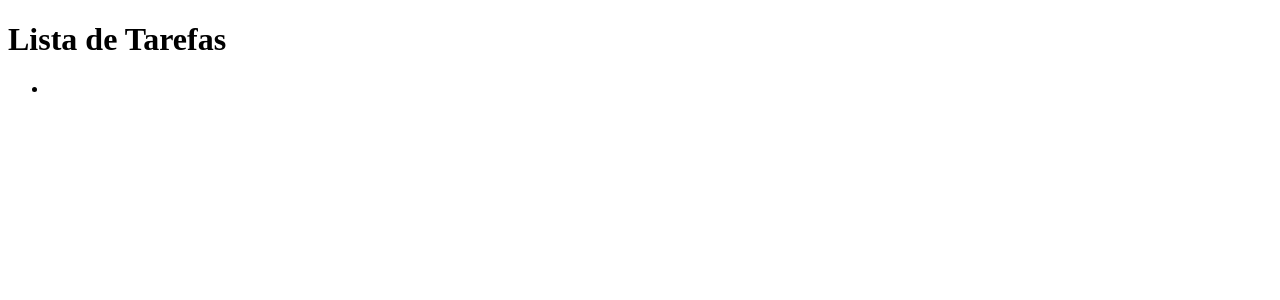
Repository: mateus-henrique-silva/Angular-lista-de-tarefas
Page: / (app in angiularTarefas/)
The author's editor kept a copy of each file at every save. The page is drawn from the files as they stood at one save, then again after the next save.
The browser window is 1280 px wide. The pictures show the whole page.
The project was rebuilt for these pictures with package versions that can differ from the ones it lists, and the page was loaded fresh each time. Also part of the build but not shown: angiularTarefas/angular.json.

Above is the page before, as saved 2022-07-12 09:26:18.

After the next save:
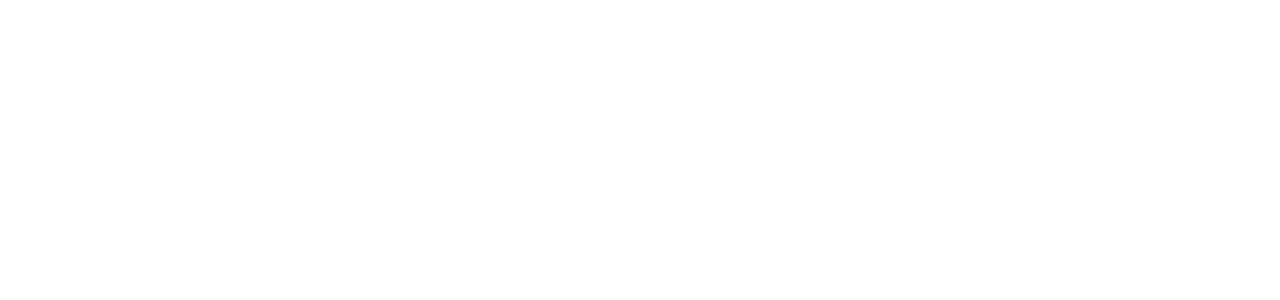
Saved 4 s later.
--- a/angiularTarefas/src/app/app.component.html
+++ b/angiularTarefas/src/app/app.component.html
@@ -1,4 +1,4 @@
-<h1>Lista de Tarefas</h1>
+<h1>{}}</h1>
 
 <ul>
   <li>{{test}}</li>

After the 3 saves that followed:
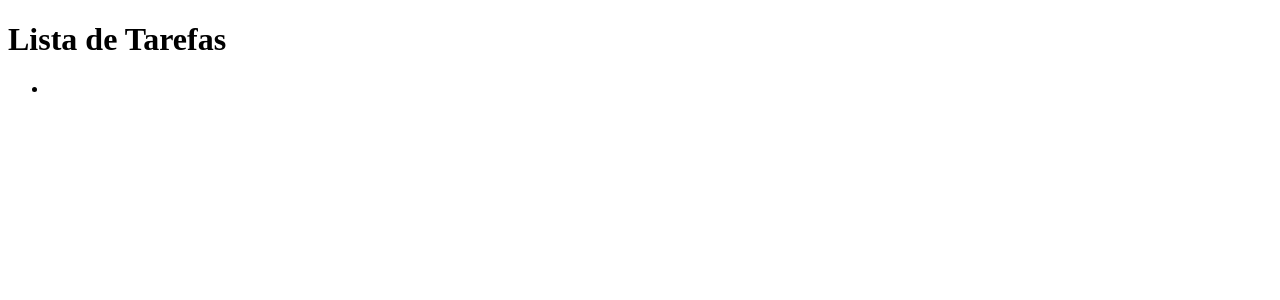
The 3 saves are shown as one change because they came seconds apart.
The last was saved 7 s later.
--- a/angiularTarefas/src/app/app.component.html
+++ b/angiularTarefas/src/app/app.component.html
@@ -1,4 +1,4 @@
-<h1>{}}</h1>
+<h1>{{title}}</h1>
 
 <ul>
   <li>{{test}}</li>
